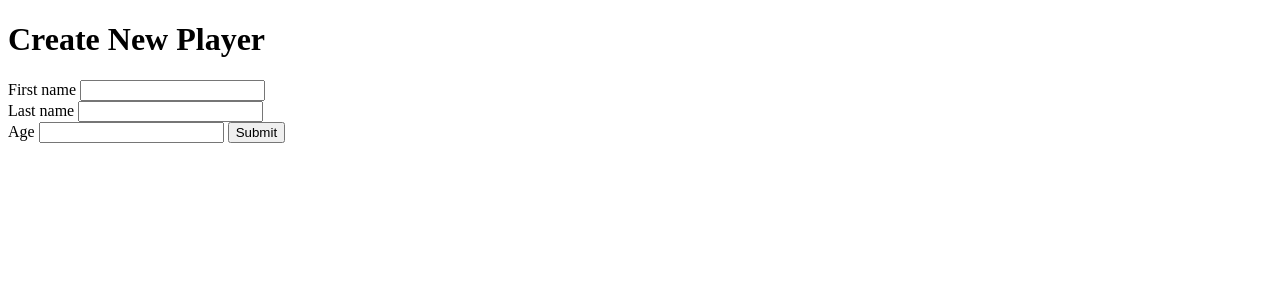
Repository: harshithamagani/Java-Basics
Page: http://localhost/team-roster/player
An editor plug-in stored every save of this project. The page is shown before and after the next save, followed by the edit.
The browser window is 1280 px wide. The pictures show the whole page.
The page is served by Tomcat 9.

Above is the page before, as saved 2019-11-06 02:37:41.

After the next save:
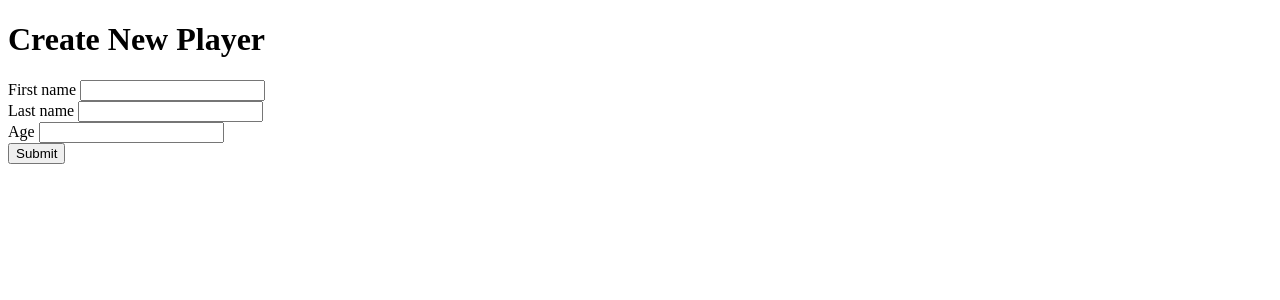
Saved 6 s later.
--- a/team-roster/WebContent/WEB-INF/createPlayerForm.jsp
+++ b/team-roster/WebContent/WEB-INF/createPlayerForm.jsp
@@ -15,7 +15,7 @@
 			  <label>Last name</label>
 			  <input name="last-name" type="text"><br>
 			  <label>Age</label>
-			  <input name="age" type="text">
+			  <input name="age" type="text"><br>
 			  <input name="submit" value="Submit" type="submit">
 		</form>
 	</div>
